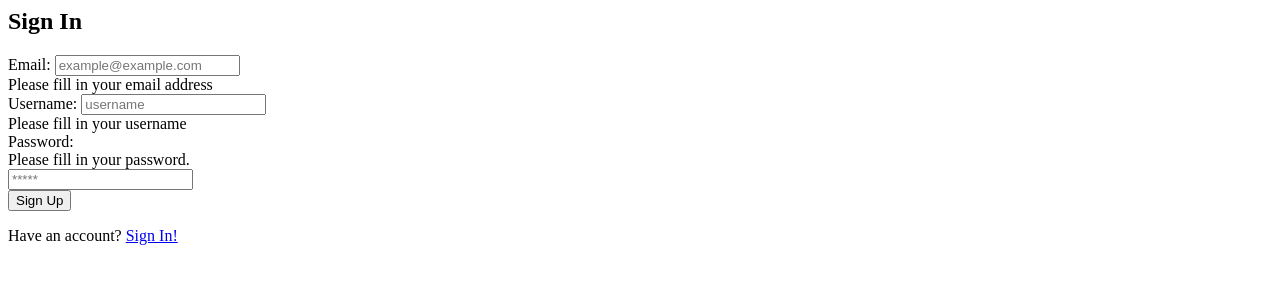
Repository: MikeMoore55/TheLibrary
Page: http://localhost/src/public/pages/sign-up.page.php
An editor plug-in stored every save of this project. The page is shown before and after a run of saves, followed by the edit.
The browser window is 1280 px wide. The pictures show the whole page.
The page is run by PHP 8.4 with error messages shown; the project is at /var/www/html/.

Above is the page before, as saved 2022-07-06 16:12:01.

After the next 2 saves:
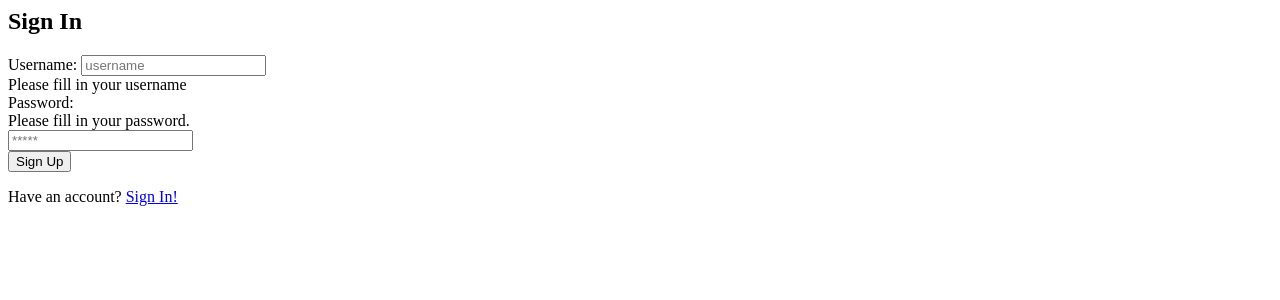
The 2 saves are shown as one change because they came seconds apart.
The last was saved 16 h 39 min later.
--- a/src/public/pages/sign-up.page.php
+++ b/src/public/pages/sign-up.page.php
@@ -3,13 +3,6 @@
 <main>
     <form class="sign-up-form form-control" action="home" method="POST">
         <h2>Sign In</h2>
-        <label for="exampleFormControlInput" class="form-label">
-            Email:
-        </label>
-        <input type="email" class="form-control" id="exampleFormControlInput" name="email" placeholder="example@example.com">
-        <div class="invalid-feedback">
-            Please fill in your email address
-        </div>
         <label for="exampleFormControlInput1" class="form-label">
             Username:
         </label>
